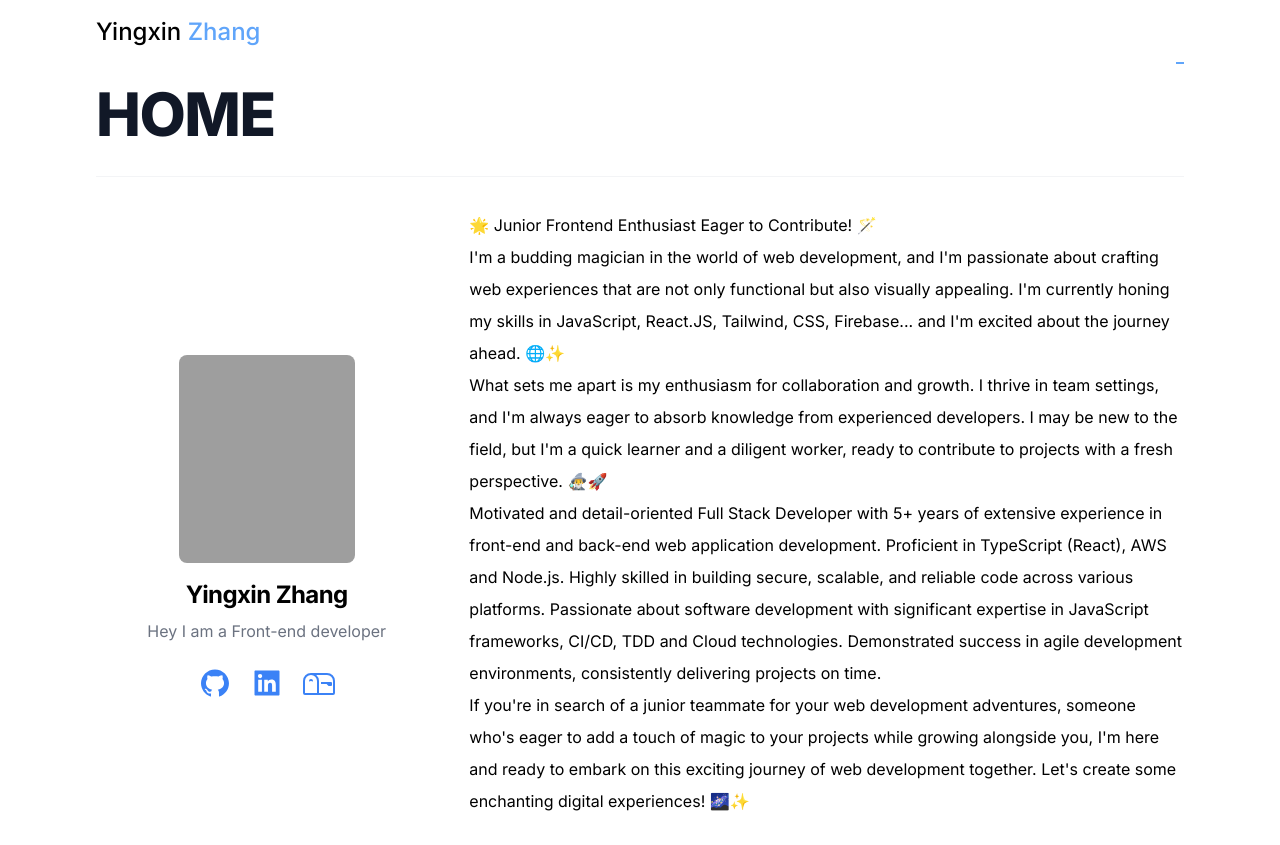
Repository: Tracy-maker/projects_collection
Page: /
These files come from the project's save history. The page is drawn as it stood at one moment and after the next save; the edit follows.
The browser window is 1280 px wide. The pictures show the whole page.
Pictures or frames that could not be fetched are drawn as grey boxes. The project was rebuilt for these pictures with package versions that can differ from the ones it lists, and the page was loaded fresh each time. The framework's server and built-in components were replaced by stand-ins that run in the browser. Also part of the build but not shown: next.config.js.

Above is the page before, as saved 2024-07-14 13:55:32.

After the next save:
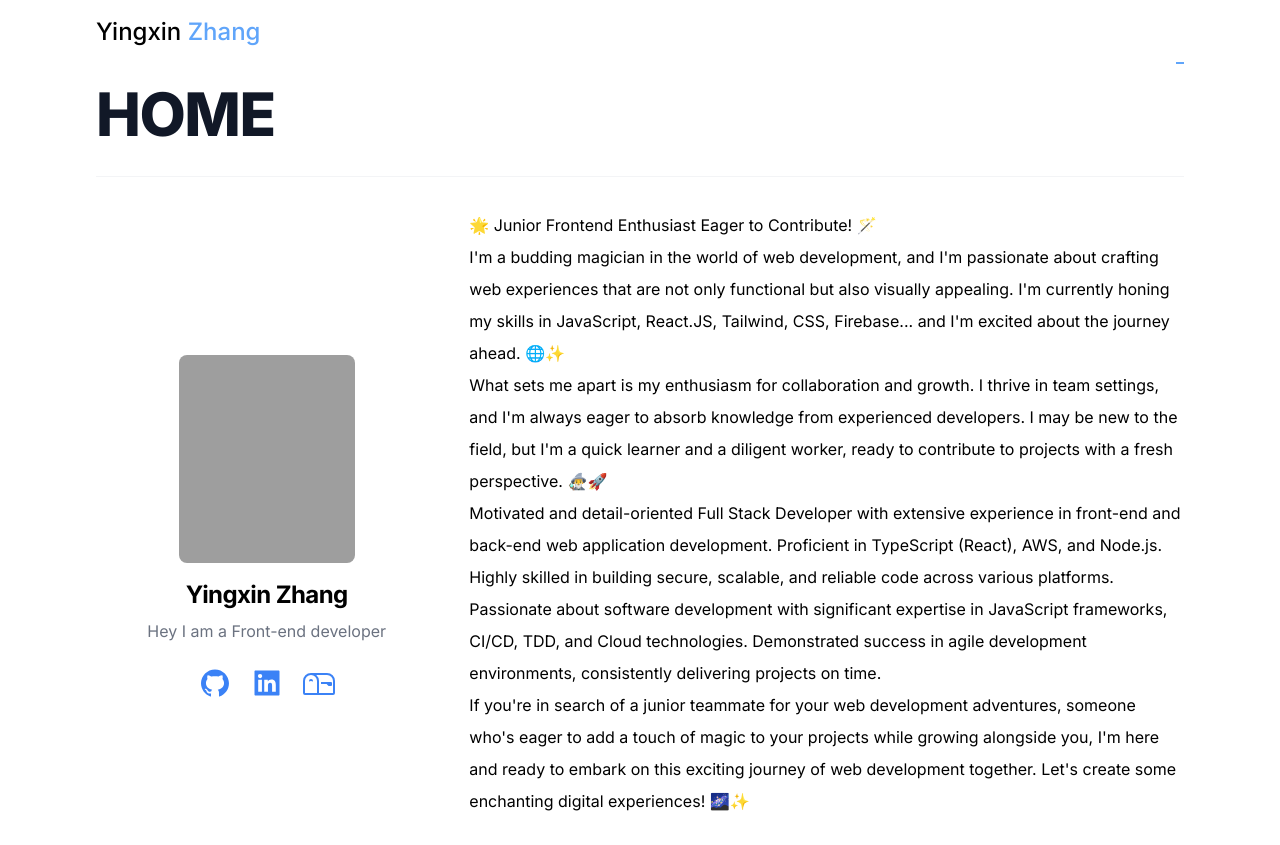
Saved 110 s later.
--- a/app/page.tsx
+++ b/app/page.tsx
@@ -73,7 +73,7 @@ export default function Home() {
   contribute to projects with a fresh perspective. 🧙‍♂️🚀
 </p>
 <p>
-  Motivated and detail-oriented Full Stack Developer with 5+ years of extensive experience in front-end and back-end web application development. Proficient in TypeScript (React), AWS and Node.js. Highly skilled in building secure, scalable, and reliable code across various platforms. Passionate about software development with significant expertise in JavaScript frameworks, CI/CD, TDD and Cloud technologies. Demonstrated success in agile development environments, consistently delivering projects on time.
+  Motivated and detail-oriented Full Stack Developer with extensive experience in front-end and back-end web application development. Proficient in TypeScript (React), AWS, and Node.js. Highly skilled in building secure, scalable, and reliable code across various platforms. Passionate about software development with significant expertise in JavaScript frameworks, CI/CD, TDD, and Cloud technologies. Demonstrated success in agile development environments, consistently delivering projects on time.
 </p>
 <p>
   If you&apos;re in search of a junior teammate for your web
@@ -84,6 +84,7 @@ export default function Home() {
   experiences! 🌌✨
 </p>
 
+
         </div>
       </div>
     </div>
